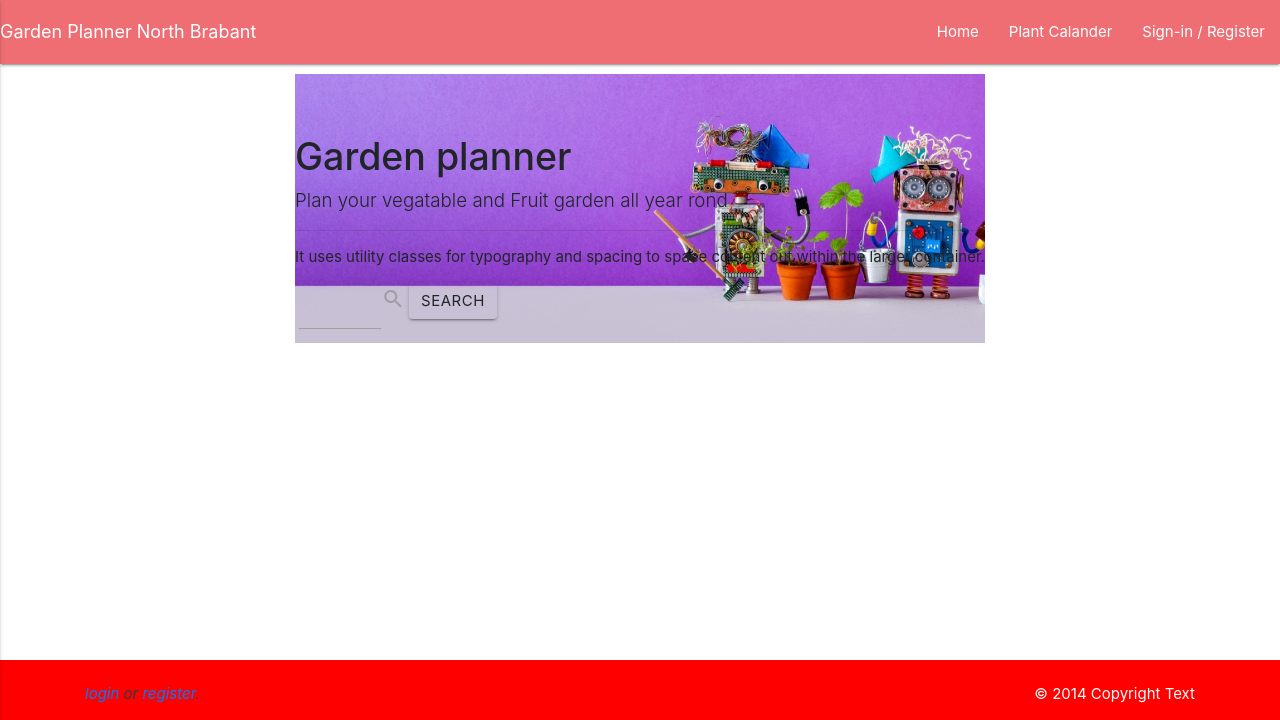
Repository: Lemoenskil/Milestone_project_3_Garden_planner
Page: http://localhost/
The author's editor kept a record of every edit. The page is drawn from the files as they stood at one moment, then again after the next edit.
The browser window is 1280 px wide. The pictures show the whole page.
Some web libraries are served in a nearby version. The page is served by the project's application, run on Flask 3 (app.py). Queries for data that is not in the repository find no rows.

Above is the page before.
Console error: TypeError: $(...).floatingActionButton is not a function

After the next edit:
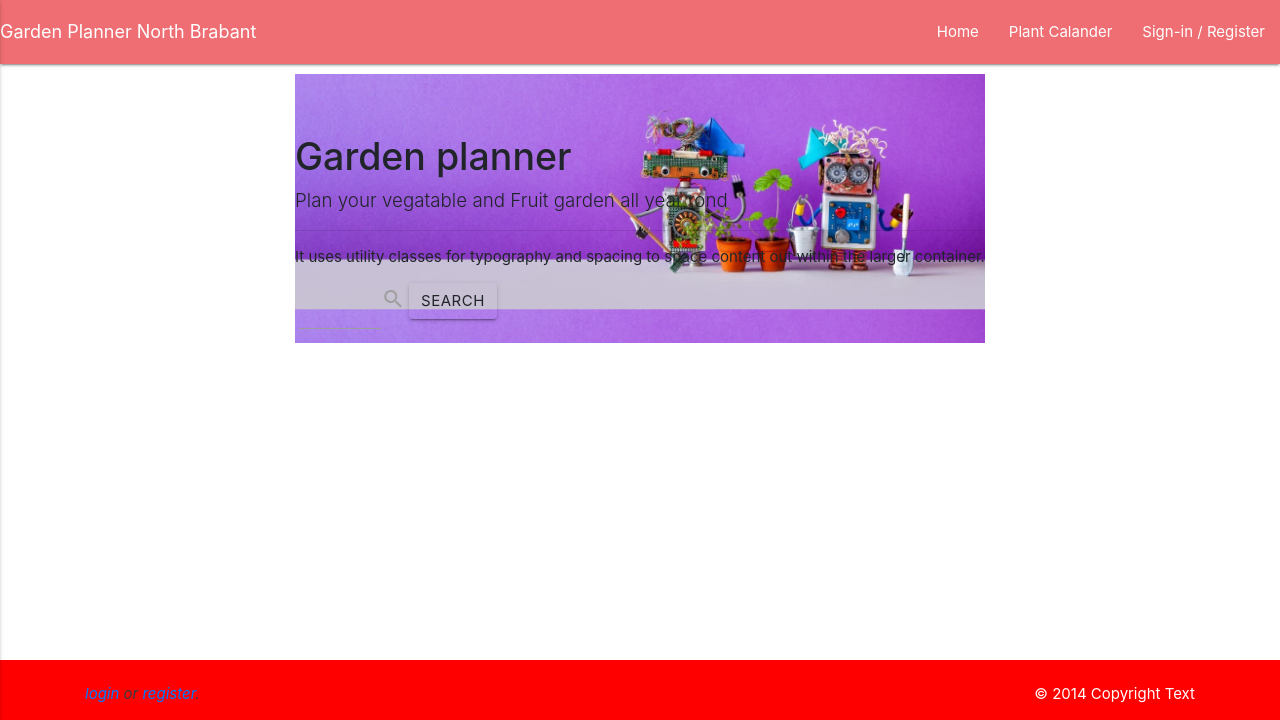
The edit:
--- a/static/css/style.css
+++ b/static/css/style.css
@@ -9,6 +9,7 @@
 .jumbotron {
   background-image:url("/static/images/gardeners.gif");
   background-size: cover;
+  background-size: 100%;
   margin-top: 10px;
   position:relative;
 }
